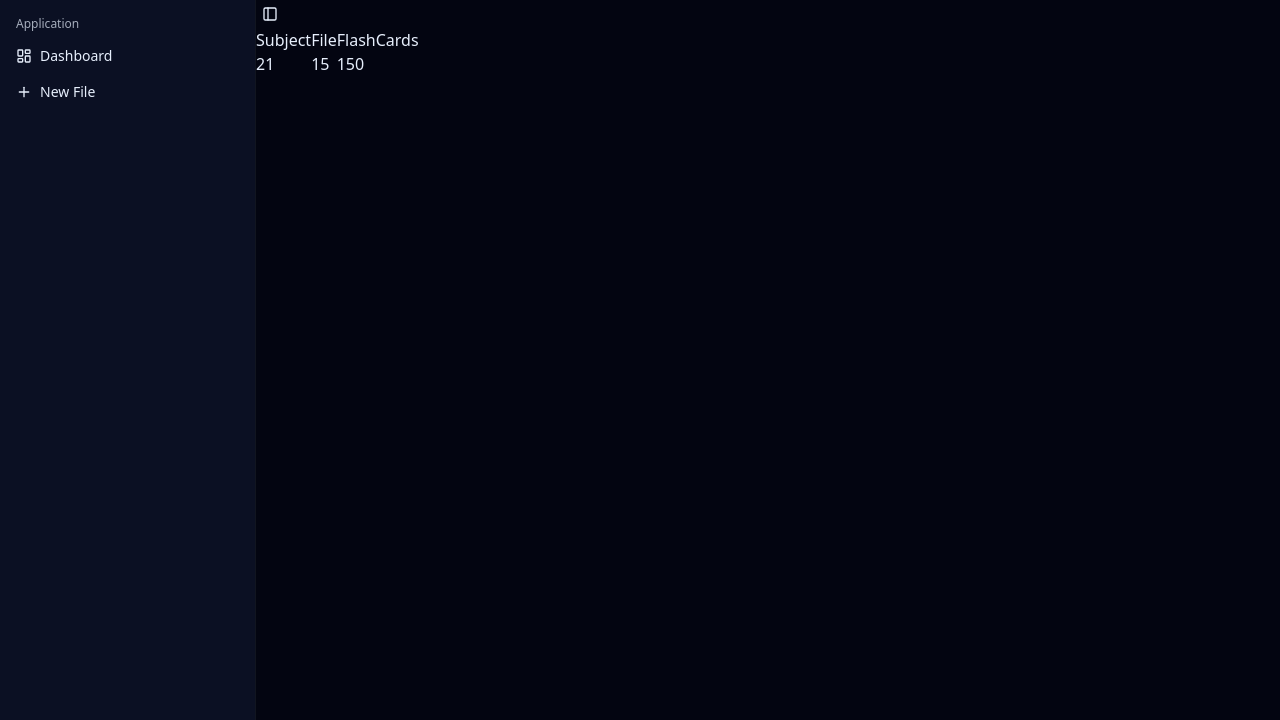
Repository: SywarDer/Student-Assistance
Page: /dashboard (app in student-assistant/)
An editor plug-in stored every save of this project. The page is shown before and after a run of saves, followed by the edit.
The browser window is 1280 px wide. The pictures show the whole page.
The project was rebuilt for these pictures with package versions that can differ from the ones it lists, and the page was loaded fresh each time. The framework's server and built-in components were replaced by stand-ins that run in the browser. Also part of the build but not shown: student-assistant/next.config.ts, student-assistant/components/ui/input.tsx, student-assistant/components/ui/separator.tsx, student-assistant/components/ui/skeleton.tsx. Imported but missing from the stored project, and not drawn on this page: student-assistant/components/ui/sheet.

Above is the page before, as saved 2025-10-30 19:47:01.

After the next 3 saves:
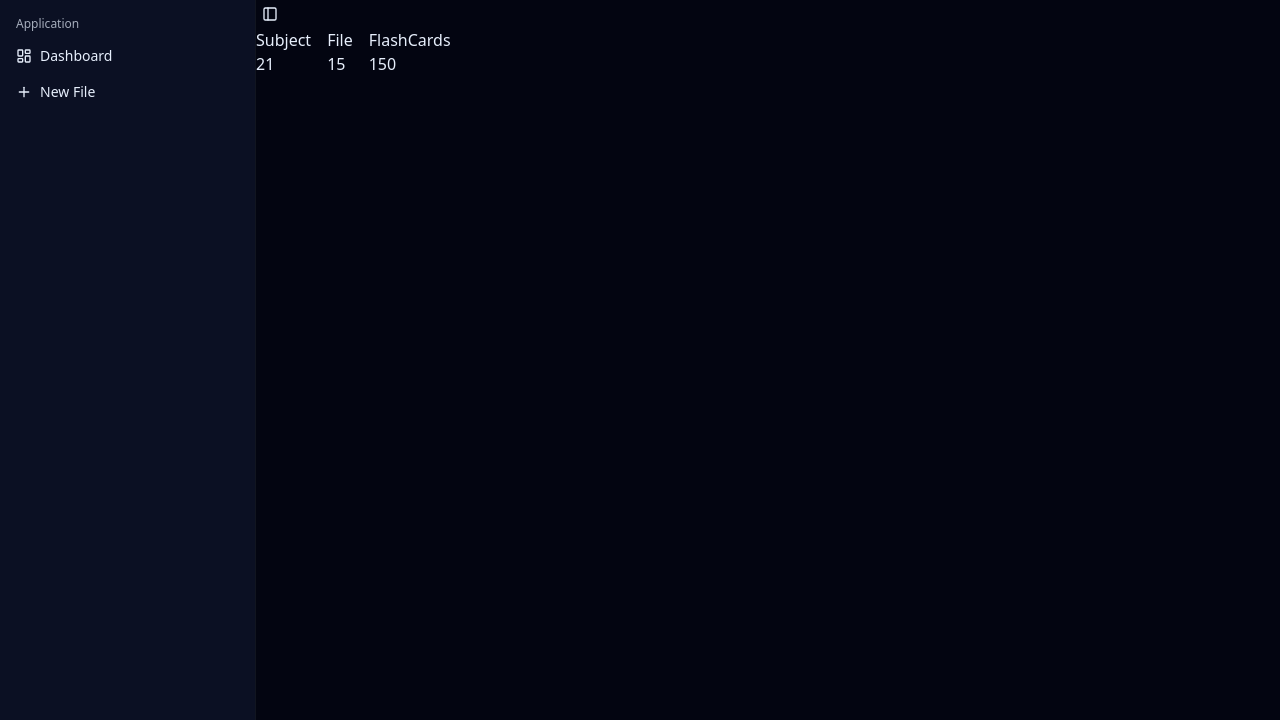
The 3 saves are shown as one change because they came seconds apart.
The last was saved 11 s later.
--- a/student-assistant/app/dashboard/page.tsx
+++ b/student-assistant/app/dashboard/page.tsx
@@ -1,8 +1,8 @@
 export default function Dashboard(){
     return(
 
-        <div className="flex ">
-            <div>
+        <div className="flex space-x-4">
+            <div className="">
                 <h1 className="">Subject</h1>
                 <h1>21</h1>
             </div>
